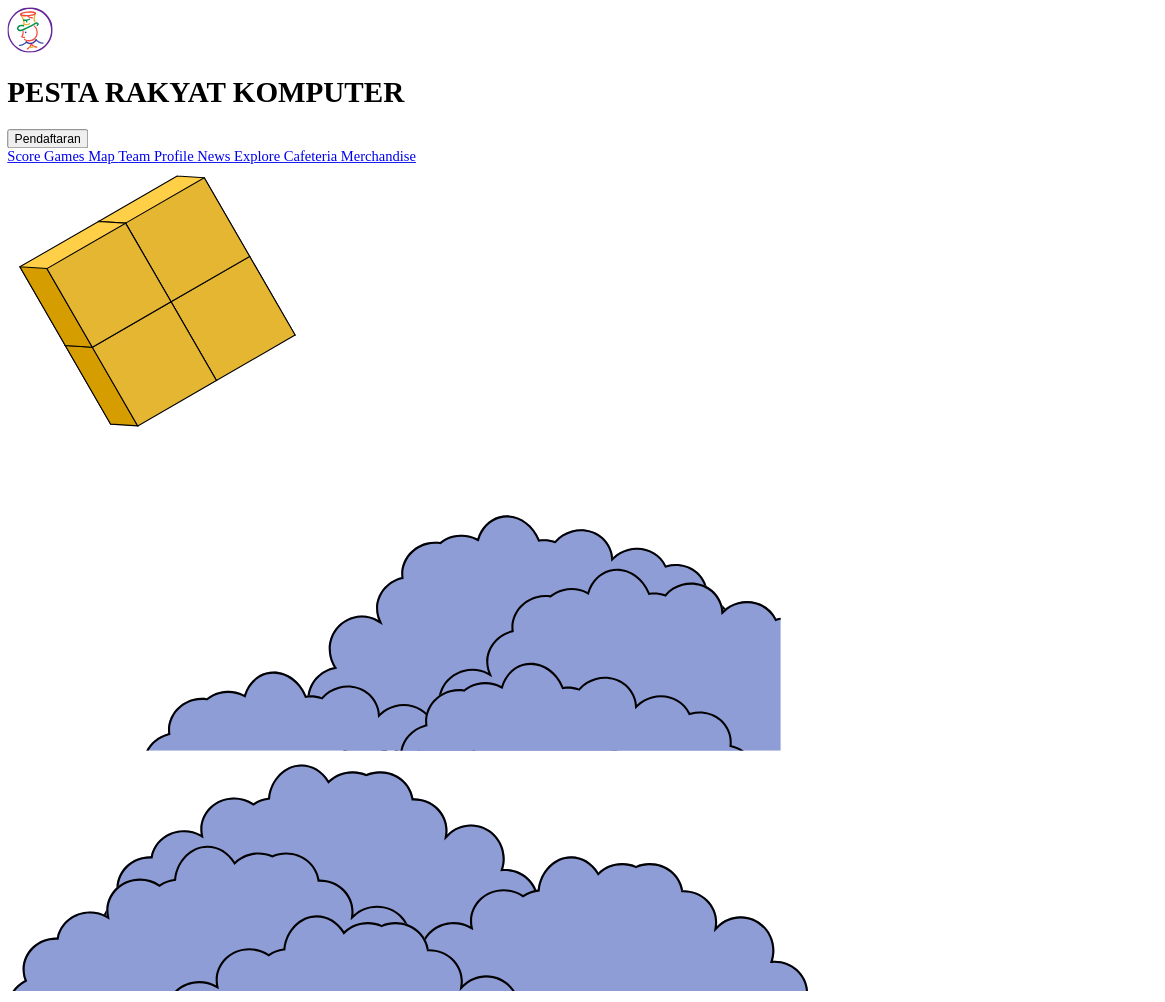
Repository: risalstrr/RegistPerak
Page: /
An editor plug-in stored every save of this project. The page is shown before and after the next save, followed by the edit.
The browser window is 1280 px wide. The pictures show the whole page, at 91% of full size.
The project was rebuilt for these pictures with package versions that can differ from the ones it lists, and the page was loaded fresh each time. The framework's server and built-in components were replaced by stand-ins that run in the browser. Also part of the build but not shown: next.config.js.

Above is the page before, as saved 2021-12-29 20:04:55.

### pages/index.js
import Head from 'next/head'
import Image from 'next/image'
import { useState } from 'react'
// import styles from '../styles/Home.module.css'

export default function Home() {
    const [isMobile, setIsMobile] = useState(false)
    return ( <
        div className = "bg-[#EBC761] w-full min-h-screen" >
        <
        Head >
        <
        title > Homepage Pendaftaran < /title> <
        /Head> <
        div className = ' flex flex-col lg:flex-row bg-[#F1D78E]' >
        <
        div className = 'bg-[#F1D78E] border-b lg:border-b-0 flex items-center justify-between' >
        <
        div className = 'flex items-center' >
        <
        div className = 'relative pt-2 pl-2' >
        <
        Image src = "/logoPerak.svg"
        width = { 50 }
        height = { 50 }
        alt = "logoPerak" /
        >
        <
        /div> <
        div className = 'text-sm md: pl-3 font-bold font-sans' >
        <
        h1 > PESTA RAKYAT KOMPUTER < /h1> <
        /div> <
        /div> <
        div className = 'pr-5 block lg:hidden' >
        <
        button className = 'font-bold font-sans'
        onClick = {
            () => setIsMobile(true) } > Pendaftaran < /button> <
        /div> <
        /div> <
        div className = 'lg:flex flex-col lg:flex-row justify-end bg-[#F1D78E] w-full py-4 lg:py-0 hidden md:hidden' >
        <
        div className = ' flex flex-col lg:flex-row' >
        <
        a href = "#"
        className = 'block px-4 py-3 lg:py-4 text-sm font-bold font-sans ' > Score < /a> <
        a href = "#"
        className = 'block px-4 py-3 lg:py-4 text-sm font-bold font-sans' > Games Map < /a> <
        a href = "#"
        className = 'block px-4 py-3 lg:py-4 text-sm font-bold font-sans' > Team Profile < /a> <
        a href = "#"
        className = 'block px-4 py-3 lg:py-4 text-sm font-bold font-sans' > News < /a> <
        a href = "#"
        className = 'block px-4 py-3 lg:py-4 text-sm font-bold font-sans' > Explore Cafeteria < /a> <
        a href = "#"
        className = 'block px-4 py-3 lg:py-4 text-sm font-bold font-sans' > Merchandise < /a> <
        /div> <
        /div> <
        /div>

        <
        div className = 'absolute top-40 right-80' >
        <
        Image src = "/kuning.svg"
        width = { 330 }
        height = { 300 }
        alt = "kuning" /
        >
        <
        /div> <
        div className = 'hidden lg:block lg:absolute -bottom-14 right-0' >
        <
        Image src = "/rightcloud.svg"
        width = { 850 }
        height = { 340 }
        alt = "cloud" /
        >

        <
        /div> <
        div className = 'hidden lg:block lg:absolute -bottom-14 -left-6' >
        <
        Image src = "/leftcloud.svg"
        width = { 880 }
        height = { 260 }
        alt = "cloud" /
        >

        <
        /div> <
        /div>
    )
}

After the next save:
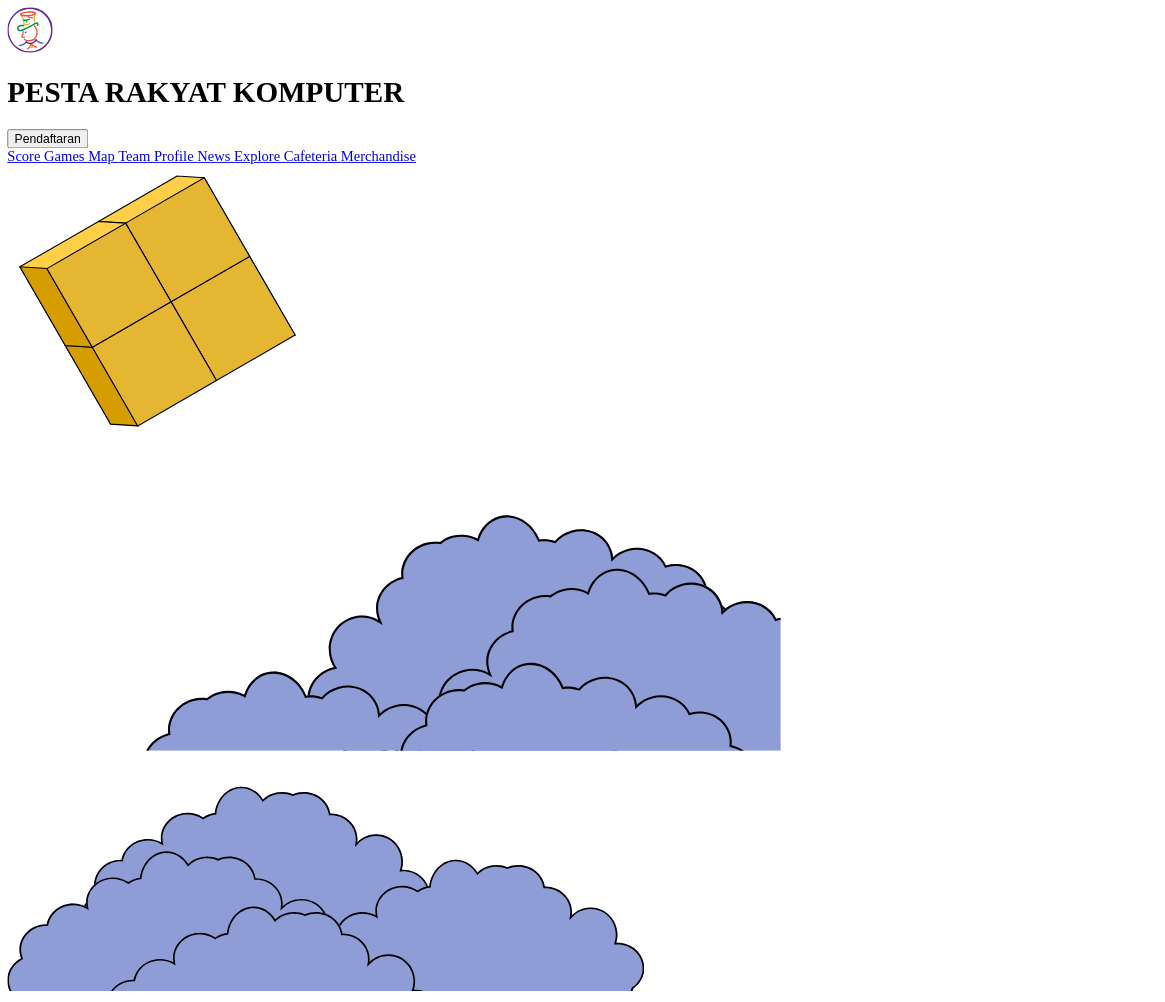
Saved 13 s later.
--- a/pages/index.js
+++ b/pages/index.js
@@ -82,7 +82,7 @@
         div className = 'hidden lg:block lg:absolute -bottom-14 -left-6' >
         <
         Image src = "/leftcloud.svg"
-        width = { 880 }
+        width = { 700 }
         height = { 260 }
         alt = "cloud" /
         >

After the save that followed:
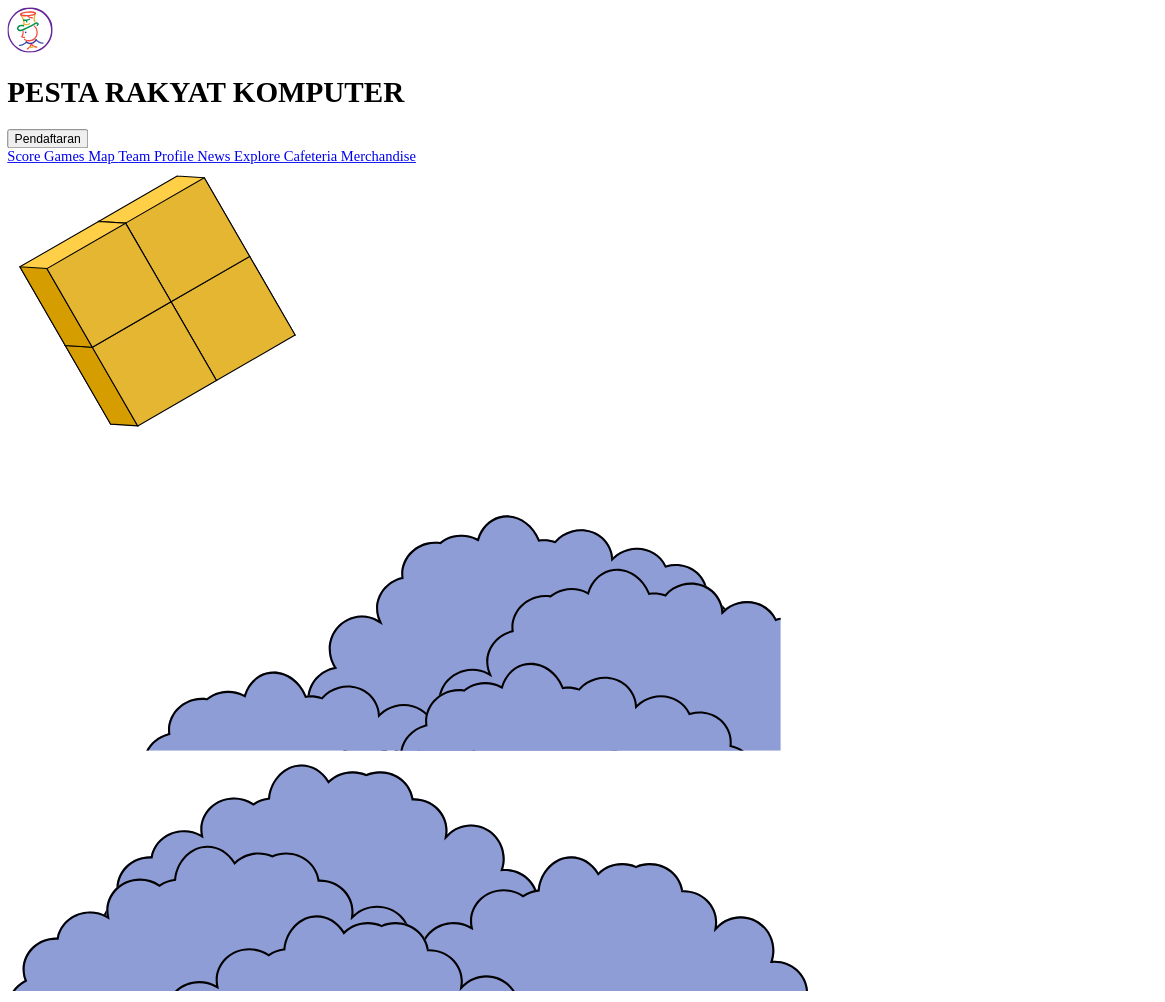
Saved 9 s later.
--- a/pages/index.js
+++ b/pages/index.js
@@ -82,7 +82,7 @@
         div className = 'hidden lg:block lg:absolute -bottom-14 -left-6' >
         <
         Image src = "/leftcloud.svg"
-        width = { 700 }
+        width = { 880 }
         height = { 260 }
         alt = "cloud" /
         >
